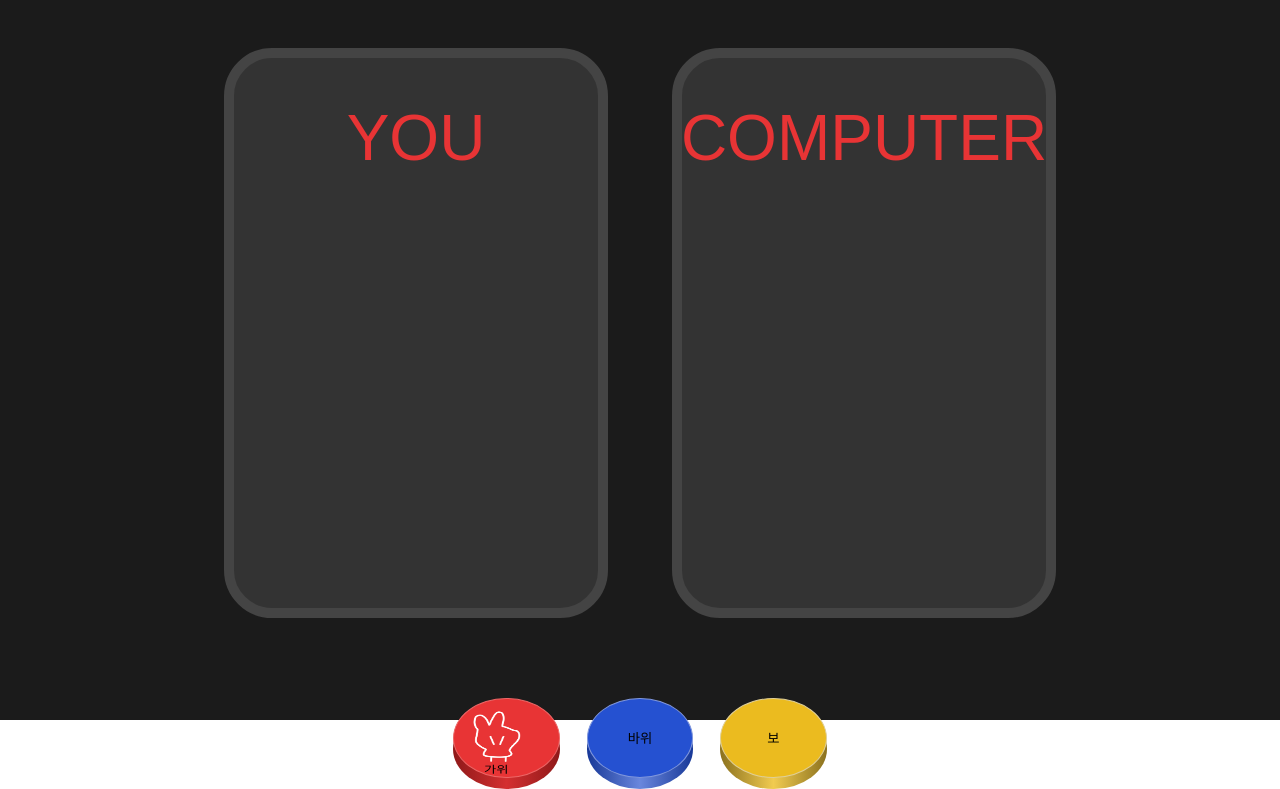
Repository: KIMMIHYE12/classComponent
Page: /
These files come from the project's save history. The page is drawn as it stood at one moment and after the next save; the edit follows.
The browser window is 1280 px wide. The pictures show the whole page.
Some web fonts or font styles are not loaded; a fallback is used. The project was rebuilt for these pictures with package versions that can differ from the ones it lists, and the page was loaded fresh each time.

Above is the page before, as saved 2024-03-20 00:18:06.

After the next save:
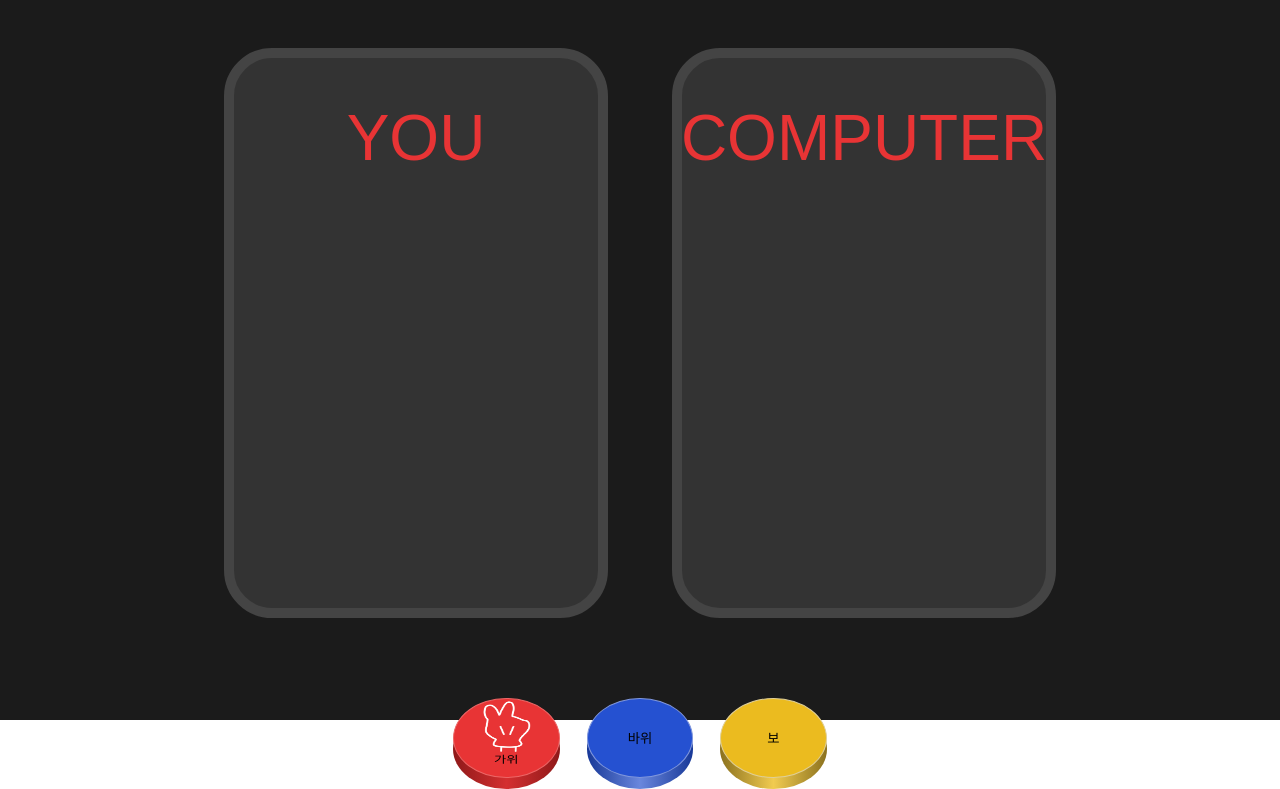
Saved 5 s later.
--- a/src/App.css
+++ b/src/App.css
@@ -156,7 +156,7 @@ img {
   display: flex;
   flex-direction: column;
   align-items: center;
-  transform: translate(-10px, 0) scale(100%, 75%);
+  transform: translate(0, -10px) scale(100%, 75%);
 }
 
 .btn_items img {
